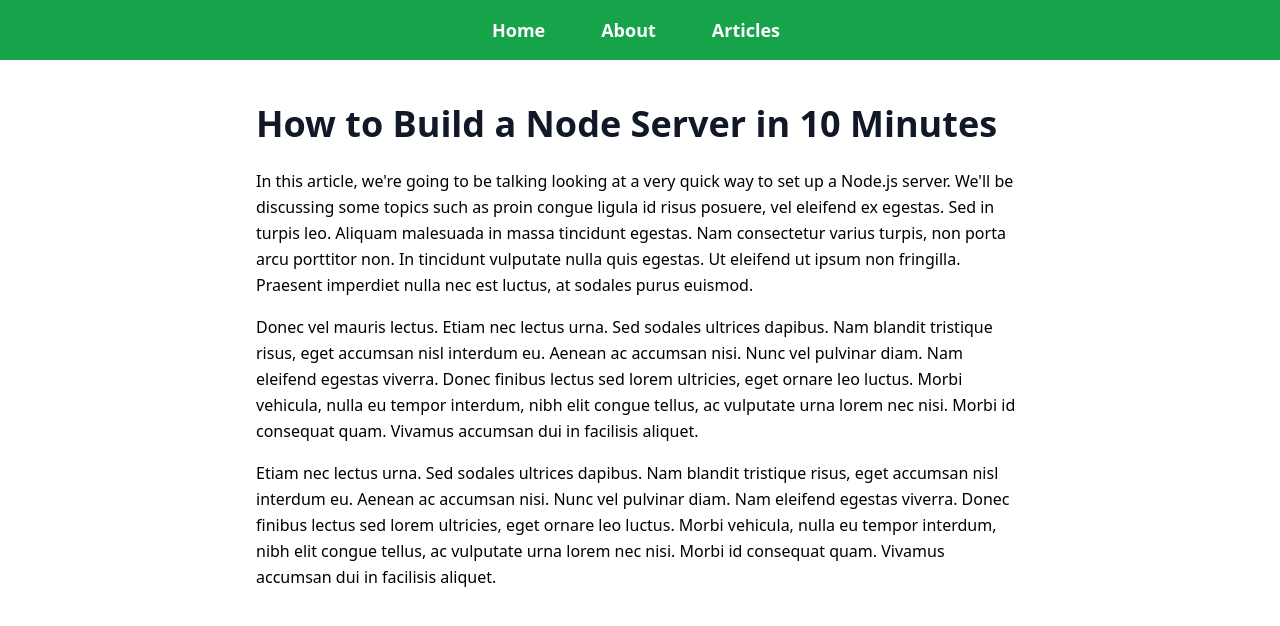
Repository: ymw0331/blog-mern-webapp
Page: /article/learn-node (app in client/)
An editor plug-in stored every save of this project. The page is shown before and after a run of saves, followed by the edit.
The browser window is 1280 px wide. The pictures show the whole page.
The project was rebuilt for these pictures with package versions that can differ from the ones it lists, and the page was loaded fresh each time. Also part of the build but not shown: client/src/pages/Home.js, client/src/pages/About.js, client/src/components/Articles.js, client/src/pages/ArticlesList.js.

Above is the page before, as saved 2022-12-10 21:44:34.

After the next 2 saves:
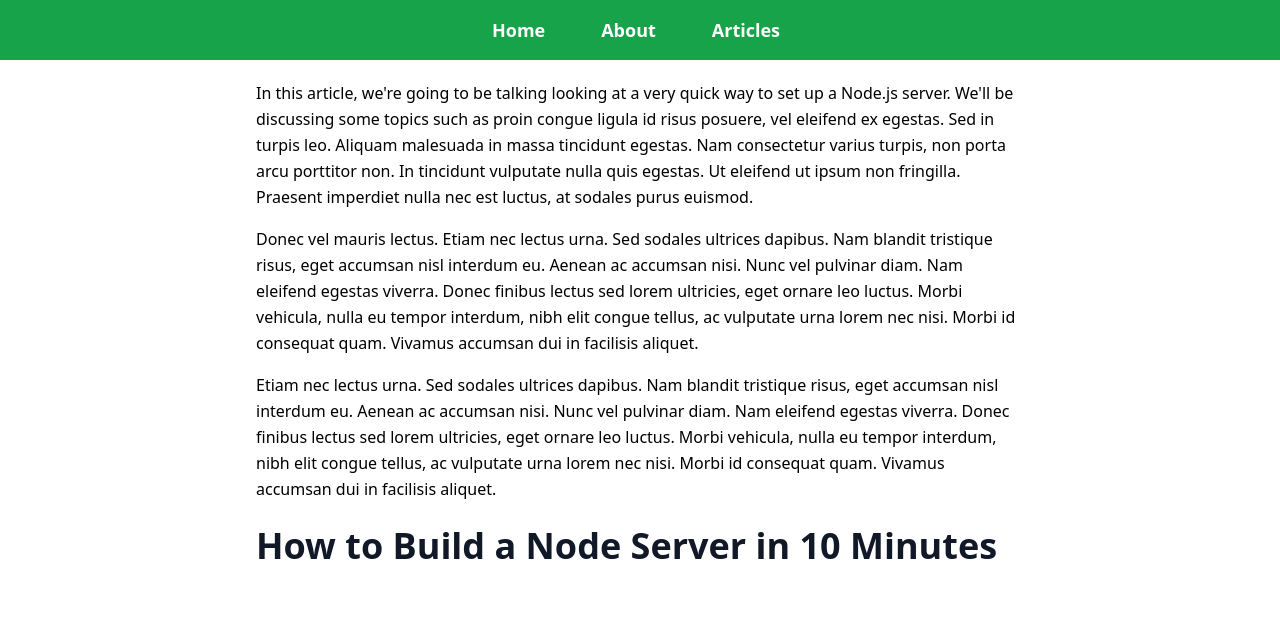
The 2 saves are shown as one change because they came seconds apart.
The last was saved 74 s later.
--- a/client/src/pages/Article.js
+++ b/client/src/pages/Article.js
@@ -9,9 +9,6 @@ const Article = () => {
 
   return (
     <>
-      <h1 className='sm:text-4xl text-2xl font-bold my-6 text-gray-900'>
-        {article.title}
-      </h1>
 
       {article.content.map((paragraph, index) => (
         <p className='mx-auto leading-relaxed text-base mb-4' key={index}>
@@ -19,6 +16,9 @@ const Article = () => {
         </p>
       ))}
 
+      <h1 className='sm:text-4xl text-2xl font-bold my-6 text-gray-900'>
+        {article.title}
+      </h1>
 
     </>
   );
